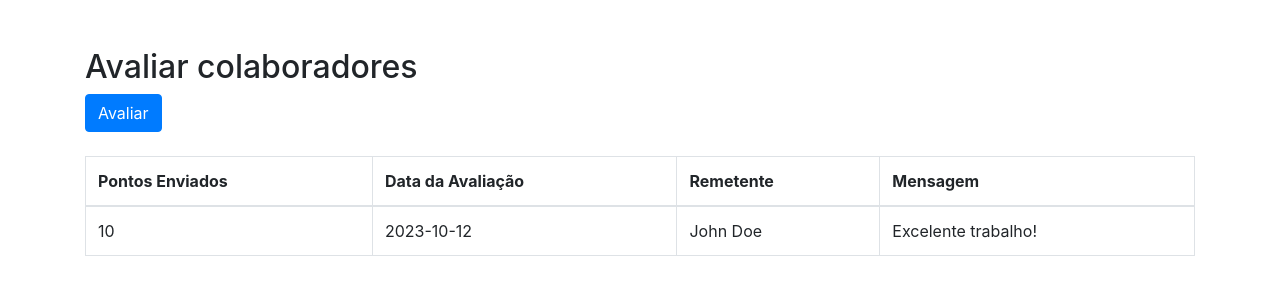
Repository: mumuryllo/ProjetoZupPointsCatalisa5
Page: ZuPointsCatalisa5 Front-End/avaliar_colaboradores.html
An editor plug-in stored every save of this project. The page is shown before and after the next save, followed by the edit.
The browser window is 1280 px wide. The pictures show the whole page.
The page's requests for data from a server got no answer.

Above is the page before, as saved 2023-10-12 17:45:53.

### ZuPointsCatalisa5 Front-End/avaliar_colaboradores.html
<!DOCTYPE html>
<html lang="en">
<head>
    <meta charset="UTF-8">
    <meta name="viewport" content="width=device-width, initial-scale=1.0">
    <title>Avaliação de Colaboradores</title>
    <link rel="stylesheet" href="https://maxcdn.bootstrapcdn.com/bootstrap/4.5.2/css/bootstrap.min.css">
</head>
<body>

    <div class="container mt-5">
        <h2>Avaliar colaboradores</h2>
        <button type="button" class="btn btn-primary mb-4" data-toggle="modal" data-target="#myModal">Avaliar</button>

        <div class="table-responsive">
            <table id="tabelaAvaliacoes" class="table table-bordered">
                <thead>
                    <tr>
                        <th>Pontos Enviados</th>
                        <th>Data da Avaliação</th>
                        <th>Remetente</th>
                        <th>Mensagem</th>
                    </tr>
                </thead>
                <tbody>
                    <!-- Inclua aqui suas linhas de dados -->
                    <tr>
                        <td>10</td>
                        <td>2023-10-12</td>
                        <td>John Doe</td>
                        <td>Excelente trabalho!</td>
                    </tr>
                </tbody>
            </table>
        </div>

        <!-- Modal -->
        <div class="modal fade" id="myModal">
            <div class="modal-dialog modal-dialog-centered">
                <div class="modal-content">
                    <!-- Modal Header -->
                    <div class="modal-header">
                        <h4 class="modal-title">Avaliar colaborador</h4>
                        <button type="button" class="close" data-dismiss="modal">&times;</button>
                    </div>
                    <!-- Modal body -->
                    <div class="modal-body">
                        <form>
                            <div class="form-group">
                                <label for="pontos">Quantidade de pontos:</label>
                                <input type="number" class="form-control" id="pontos">
                            </div>
                            <div class="form-group">
                                <label for="destinatarioEmail">Destinatário Email:</label>
                                <input type="email" class="form-control" id="destinatarioEmail">
                            </div>
                            <div class="form-group">
                                <label for="mensagem">Mensagem:</label>
                                <textarea class="form-control" id="mensagem" rows="4"></textarea>
                            </div>
                            <button type="submit" class="btn btn-primary">Enviar</button>
                        </form>
                    </div>
                </div>
            </div>
        </div>
    </div>

    <script src="https://code.jquery.com/jquery-3.5.1.min.js"></script>
    <script src="https://maxcdn.bootstrapcdn.com/bootstrap/4.5.2/js/bootstrap.min.js"></script>
        <script src="./js/AvaliarColaborador.js"></script>
</body>
</html>

### ZuPointsCatalisa5 Front-End/js/AvaliarColaborador.js
function enviarAvaliacao() {
    const qtdPontos = document.getElementById("pontos").value;
    const destinatarioEmail = document.getElementById("destinatarioEmail").value;
    const mensagem = document.getElementById("mensagem").value;

    const data = {
        qtdPontos,
        destinatarioEmail,
        mensagem
    };

    const url = "http://localhost:8080/avaliacoes";
    const token = localStorage.getItem('token');

    const requestOptions = {
        method: "POST",
        headers: {
            "Authorization": `Bearer ${token}`,
            "Content-Type": "application/json"
        },
        body: JSON.stringify(data)
    };

    fetch(url, requestOptions)
        .then(response => {
            if (response.ok) {
                return response.json();
            } else {
                throw  Error("Erro na requisição.");
            }
        })
        .then(data => {
            alert("Avaliação enviada")
            window.location.href='colaborador.html';
            console.log("Requisição bem-sucedida: ", data);
        })
        .catch(error => {
            console.error("Erro: ", error);
        });
}

document.querySelector("form").addEventListener("submit", function (e) {
    e.preventDefault();
    enviarAvaliacao();
});

function listarAvaliacoes() {
    const url = "http://localhost:8080/avaliacoes";


    const token = localStorage.getItem('token');
    const requestOptions = {
        method: "GET",
        headers: {
            "Authorization": `Bearer ${token}`,
        },
    };

    fetch(url, requestOptions)
        .then(response => {
            if (response.ok) {
                return response.json();
            } else {
                throw new Error("Erro na requisição GET.");
            }
        })
        .then(data => {
            const tabela = document.getElementById("tabelaAvaliacoes");

            while (tabela.rows.length > 1) {
                tabela.deleteRow(1);
            }

            data.forEach(avaliacao => {
                const newRow = tabela.insertRow();
                newRow.innerHTML = `
                    <td>${avaliacao.qtdPontos}</td>
                    <td>${avaliacao.dataDaAvaliacao}</td>
                    <td>${avaliacao.remetenteEmail}</td>
                    <td>${avaliacao.mensagem}</td>
                `;
            });
        })
        .catch(error => {
            console.error("Erro na listagem de avaliações: ", error);
        });
}

listarAvaliacoes();

After the next save:
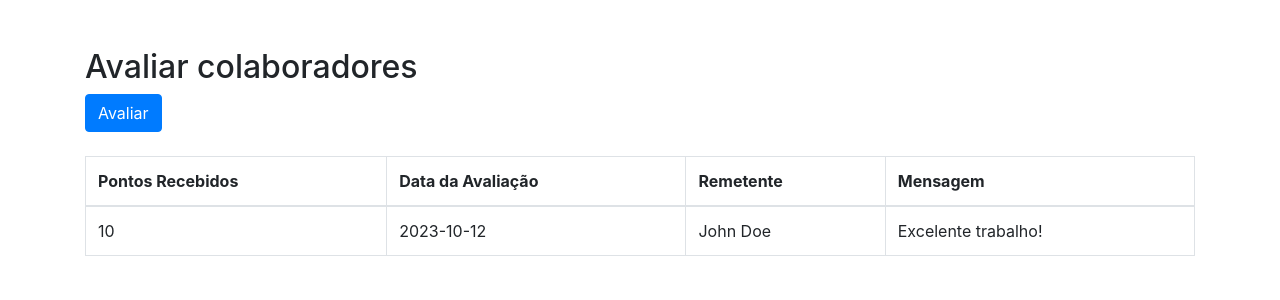
Saved 89 s later.
--- a/ZuPointsCatalisa5 Front-End/avaliar_colaboradores.html
+++ b/ZuPointsCatalisa5 Front-End/avaliar_colaboradores.html
@@ -16,7 +16,7 @@
             <table id="tabelaAvaliacoes" class="table table-bordered">
                 <thead>
                     <tr>
-                        <th>Pontos Enviados</th>
+                        <th>Pontos Recebidos</th>
                         <th>Data da Avaliação</th>
                         <th>Remetente</th>
                         <th>Mensagem</th>
